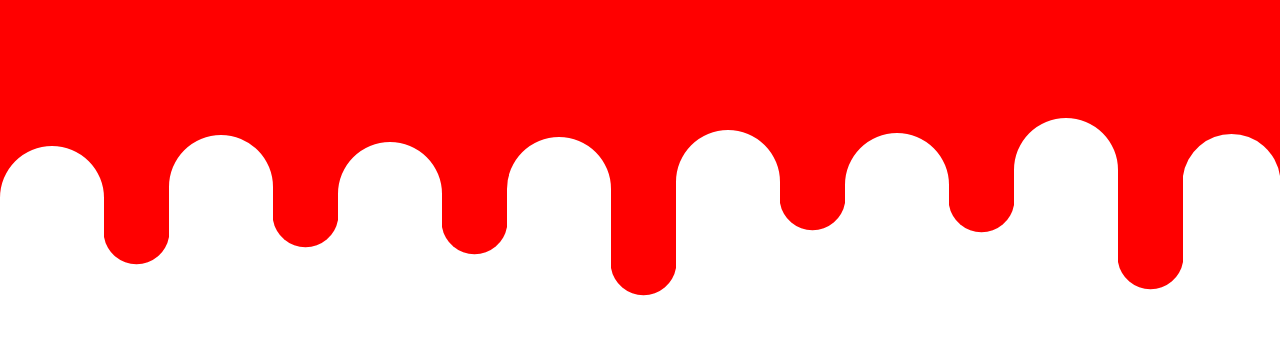
Repository: l-ollie/drip
Page: index.html
An editor plug-in stored every save of this project. The page is shown before and after the next save, followed by the edit.
The browser window is 1280 px wide. The pictures show the whole page.

Above is the page before, as saved 2022-06-30 18:31:11.

### index.html
<!DOCTYPE html>
<!--[if lt IE 7]>      <html class="no-js lt-ie9 lt-ie8 lt-ie7"> <![endif]-->
<!--[if IE 7]>         <html class="no-js lt-ie9 lt-ie8"> <![endif]-->
<!--[if IE 8]>         <html class="no-js lt-ie9"> <![endif]-->
<!--[if gt IE 8]>      <html class="no-js"> <!--<![endif]-->
<html>
    <head>
        <meta charset="utf-8">
        <meta http-equiv="X-UA-Compatible" content="IE=edge">
        <title>Drip</title>
        <meta name="description" content="">
        <meta name="viewport" content="width=device-width, initial-scale=1">
        <link rel="stylesheet" href="assets/style.css">
    </head>
    <body>
        <!--[if lt IE 7]>
            <p class="browsehappy">You are using an <strong>outdated</strong> browser. Please <a href="#">upgrade your browser</a> to improve your experience.</p>
        <![endif]-->
        <div id="container">
            <!-- <svg width="100%" height="100%" xmlns="http://www.w3.org/2000/svg">
                <style>


                    .point-cursor { cursor: pointer; } /* specific elements */
                  </style>

                <path id="drip1"   class="point-cursor" d="M 0 0 v 100 a 50 50 1 0 0 100 0 v -100 Z"  fill="red">
                    <animate

                    id="dripAnim1"
                    attributeName="d"
                    dur="0.5"
                    type="translate"
                    begin="indefinite; "
                    repeatCount="1"
                    calcMode="spline"
                    keySplines=".21,.3,.01,.98"
                    values="M 0 0 v 100 a 50 50 1 0 0 100 0 v -100 Z ; M 0 0 v 100 a 50 50 1 0 0 100 0 v -100 Z"
                    />
                </path>



                <path id="ball1" d="M 100 0 v 100 a 50 50 0 0 1 100 0 v -100 Z"  fill="red">
                <animate
                id="anim1"
                attributeName="d"
                from="M 100 0 v 100 a 50 50 0 0 1 100 0 v -100 Z"
                to="M 100 0 v 200 a 50 50 0 0 1 100 0 v -200 Z"
                dur="1"
                type="translate"
                begin="0s; "
                repeatCount="1"
                fill="freeze"
                calcMode="spline"
                keySplines="0.4 0 0.2 1"
                values="
                M 100 0 v 200 a 50 50 0 0 1 100 0 v -200 Z
                ;
                M 100 0 v 100 a 50 50 0 0 1 100 0 v -100 Z
                "
                />
                <!-- <animate
                id="anim2"
                attributeName="d"
                from="M 100 0 v 200
                a 50 50 0 0 1 100 0
                v -200 Z"
                to="M 100 0 v 100
                a 50 50 0 0 1 100 0
                v -100 Z"
                dur="1"
                type="translate"
                begin="anim1.end"
                easing="ease-in-out"
                /> -->
                <!-- </path>

              </svg>  -->
        </div>

        <script src="drip.js" async defer></script>
    </body>
</html>

### assets/style.css
body{
    margin: 0px;
}

#container{
    height: 90vh;
}

.point-cursor { cursor: pointer; }

### drip.js
// svg.appendChild(r);
// @ts-check

function makeSVG() {
	const amount = 15;
	// const width = 50;
	const height = 200;
	let currentXPos = 0;

	const windowWidth = window.innerWidth;
	const pathWidth = Math.ceil(windowWidth / amount);

	let svgElement = document.createElementNS('http://www.w3.org/2000/svg', 'svg');
	svgElement.setAttributeNS(null, 'width', '100%');
	svgElement.setAttributeNS(null, 'height', '100%');

	for (let i = 0; i < amount; i++) {
		svgElement.appendChild(lowDrip(pathWidth, height, i));
	}
	document.getElementById('container').appendChild(svgElement);

	////////////////////////////////
	function lowDrip(width, height, i) {
		const dripLow = '1 0 0';
		const dripHigh = '0 0 1';
		let isLow;
		let arc;
		const idNames = [ 'drip', 'curve' ];
		let idName;
		let random = Math.random() * 50;

		if (i % 2 !== 0) {
			isLow = true;
			arc = dripLow;
			width = Math.ceil(width * 0.75);
			if (random > 40) random *= 1.4;
			height = Math.ceil(height + random);
		} else {
			isLow = false;
			arc = dripHigh;
			width = Math.ceil(width * 1.2);
			height = Math.ceil(height - random);
		}
		if (i === amount - 1) {
			width = windowWidth - currentXPos;
		}

		function setAttributeNSForSvg(createElement, attributes, pathElement) {
			let _svg = document.createElementNS('http://www.w3.org/2000/svg', createElement);
			const halfWidth = Math.ceil(width / 2);
			const _singlePath = `M ${currentXPos} 0 v ${height} a ${halfWidth} ${halfWidth} ${arc} ${width} 0 v -${height} Z`;

			for (let y = 0; y < attributes.length; y++) {
				_svg.setAttributeNS(null, attributes[y][0], attributes[y][1]);
			}
			if (_svg.tagName.toLowerCase() === 'path') {
				_svg.setAttributeNS(null, 'd', `${_singlePath}`);

				console.log(`path = ${_singlePath}`);
				currentXPos += width;
				return _svg;
			} else {
				console.log(`animate = ${_singlePath}`);
				const _copiedPath = getPathFromSvg(pathElement.getAttributeNS(null, 'd'));
				_svg.setAttributeNS(null, 'values', `${_copiedPath} ; ${_copiedPath}`);

				return _svg;
			}
		}

		const attributesDripPath = [ [ 'id', `${isLow ? idNames[0] : idNames[1]}${i}` ], [ 'fill', 'red' ] ];
		let _path = setAttributeNSForSvg('path', attributesDripPath);
		// if (isLow) console.log('adding cursur to ' + `${_path.getAttributeNS(null, 'id')}`);

		if (isLow === false) {
			return _path;
		} else {
			_path.setAttributeNS(null, 'class', 'point-cursor');
			const attributesDripAnim = [
				[ 'id', `dripAnim${i}` ],
				[ 'attributeName', 'd' ],
				[ 'dur', '0.3' ],
				[ 'type', 'translate' ],
				[ 'begin', 'indefinite; ' ],
				[ 'repeatCount', '1' ],
				[ 'calcMode', 'spline' ],
				[ 'keySplines', '.21,.3,.01,.98' ]
			];
			let _anim = setAttributeNSForSvg('animate', attributesDripAnim, _path);
			_path.appendChild(_anim);

			return _path;
		}
	}
}

makeSVG();

function getPathFromSvg(path) {
	const regexPath = /M+ +[0-9]+ +[0-9]+ +v+ +[0-9]+ +a+ +[0-9]+ +[0-9]+ +[0-9]+ +[0-9]+ +[0-9]+ +[0-9]+ +[0-9]+ +v+ +-+[0-9]+ +Z/g;

	let value;
	let values = [];

	while ((value = regexPath.exec(path)) !== null) {
		values.push(value[0]);
	}
	return values;
}

container.onmousedown = function(e) {
	const dripIDRegex = /drip/;
	let el = e.target.correspondingUseElement ? e.target.correspondingUseElement : e.target;
	const elementId = el.getAttributeNS(null, 'id');
	const dripName = dripIDRegex.exec(elementId);
	if (dripName === null) {
		return;
	}
	document.addEventListener('mousemove', onMouseMove);
	const dripNum = /[0-9]+/.exec(elementId);
	const clickBeginYPos = e.pageY;
	let dragLength = 0;
	let pathD = el.getAttribute('d');

	function onMouseMove(e) {
		dragLength = e.pageY - clickBeginYPos;
		el.setAttributeNS(null, 'd', addLength(pathD, dragLength));
	}

	function addLength(oldLength, dragLength) {
		const regex = /v+ +[0-9]+|v+ +-+[0-9]+/g;
		const drippingPoints = oldLength.match(regex);
		const drippingLength = Number(/[0-9]+/.exec(drippingPoints[0]));
		let newDrippingPoints = oldLength.replace(drippingPoints[0], `v ${drippingLength + dragLength}`);
		newDrippingPoints = newDrippingPoints.replace(drippingPoints[1], `v -${drippingLength + dragLength}`);
		return newDrippingPoints;
	}

	onmouseup = function() {
		document.removeEventListener('mousemove', onMouseMove);
		container.onmouseup = null;
		changeAnimation();

		function changeAnimation() {
			if (dragLength === 0) {
				return;
			}
			const animId = Number(/[0-9]+/.exec(elementId));

			const regexPath = /M+ +[0-9]+ +[0-9]+ +v+ +[0-9]+ +a+ +[0-9]+ +[0-9]+ +[0-9]+ +[0-9]+ +[0-9]+ +[0-9]+ +[0-9]+ +v+ +-+[0-9]+ +Z/g;
			let svgAnimation = document.getElementById(`dripAnim${animId}`);
			const valuesProp = svgAnimation.getAttributeNS(null, 'values');

			const values = getPathFromSvg(valuesProp);

			const changedValue = valuesProp.replace(values[0], `${addLength(values[1], dragLength)}`);
			svgAnimation.setAttributeNS(null, 'values', changedValue);
			svgAnimation.beginElement();
			el.setAttributeNS(null, 'd', pathD);
			dragLength = 0;
		}
	};
};

After the next save:
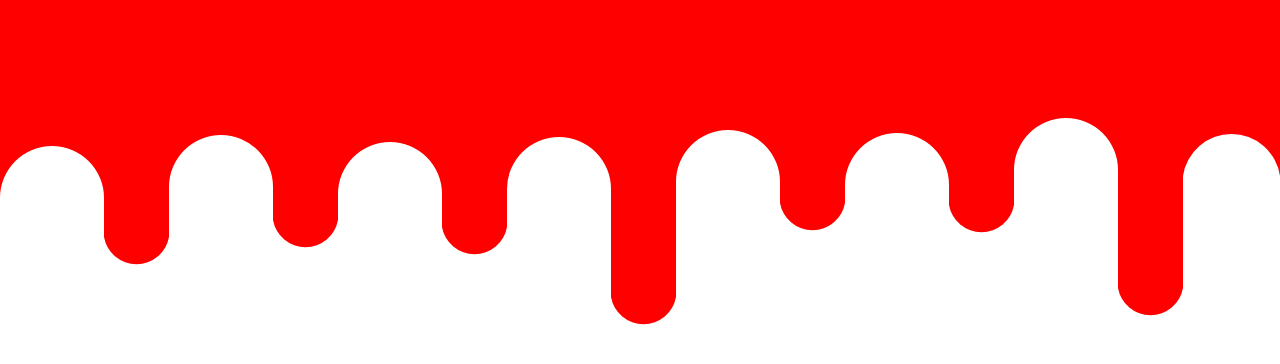
Saved 17 s later.
--- a/drip.js
+++ b/drip.js
@@ -33,7 +33,7 @@ function makeSVG() {
 			isLow = true;
 			arc = dripLow;
 			width = Math.ceil(width * 0.75);
-			if (random > 40) random *= 1.4;
+			if (random > 40) random *= 2;
 			height = Math.ceil(height + random);
 		} else {
 			isLow = false;
